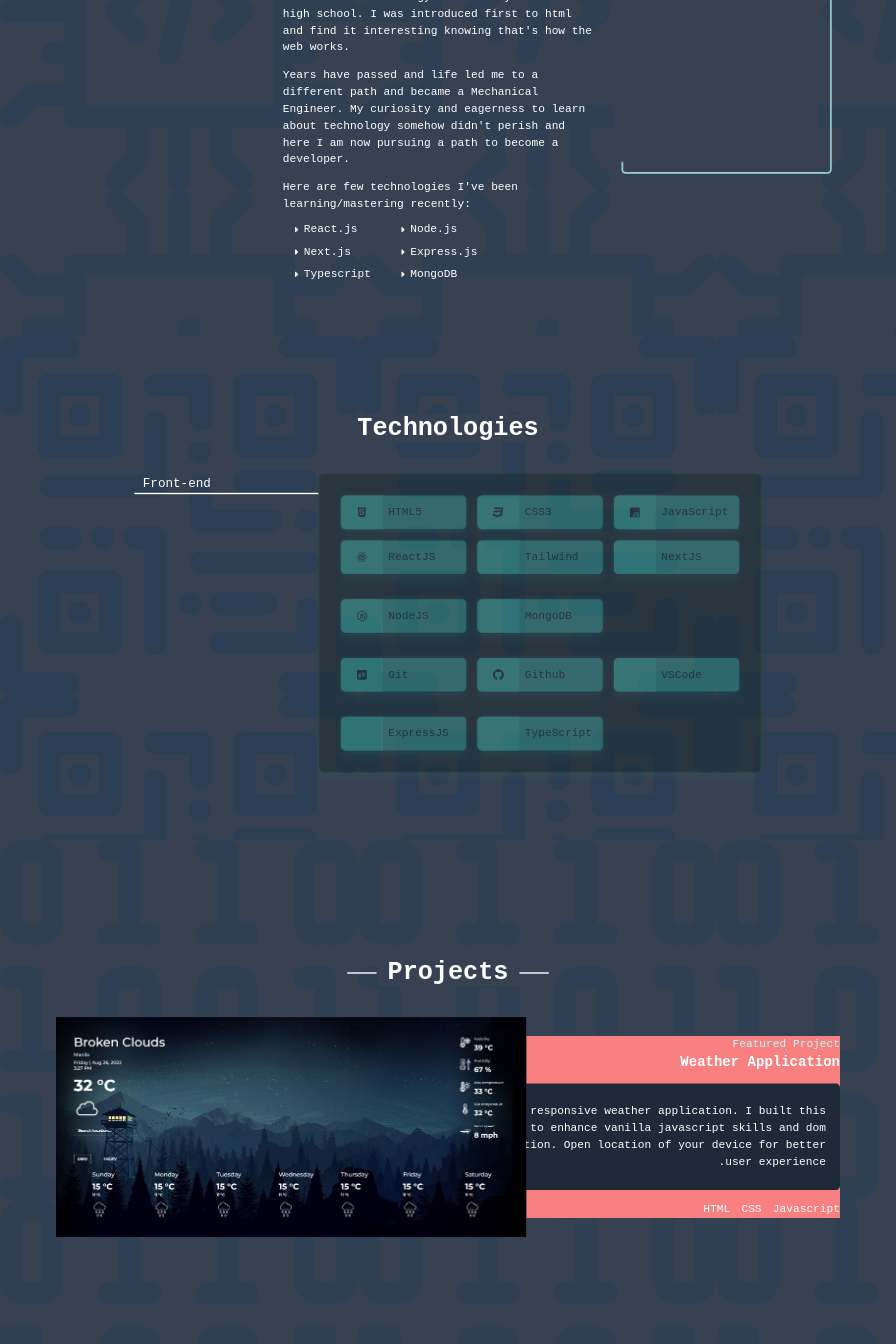
Repository: riandev25/nextjs-portfolio
Page: /
These files come from the project's save history. The page is drawn as it stood at one moment and after the next save; the edit follows.
The browser window is 1280 px wide. The pictures show the part of the page from y = 960 to 2880 px (the page is 2880 px tall), at 70% of full size.
Backgrounds fixed to the window are drawn as part of the page. The project was rebuilt for these pictures with package versions that can differ from the ones it lists, and the page was loaded fresh each time. The framework's server and built-in components were replaced by stand-ins that run in the browser. Also part of the build but not shown: next.config.js, components/Home/Keyboard/index.module.css, components/Home/Keyboard/index.jsx.

Above is the page before, as saved 2022-11-12 20:51:01.

### pages/_app.jsx
import Head from 'next/head';
import link from 'next/link';
import '../styles/globals.css';

import Layout from '../components/Layout';
import { ParallaxProvider } from 'react-scroll-parallax';

function MyApp({ Component, pageProps }) {
  return (
    <ParallaxProvider>
      <Head>
        <title>Rian Miguel Engracia</title>
        <meta name='viewport' content='initial-scale=1.0, width=device-width' />
        <link
          rel='apple-touch-icon'
          sizes='180x180'
          href='/apple-touch-icon.png'
        />
        <link
          rel='icon'
          type='image/png'
          sizes='32x32'
          href='/favicon-32x32.png'
        />
        <link
          rel='icon'
          type='image/png'
          sizes='16x16'
          href='/favicon-16x16.png'
        />
        <link rel='manifest' href='/site.webmanifest' />
        <link rel='mask-icon' href='/safari-pinned-tab.svg' color='#5bbad5' />
        <meta name='msapplication-TileColor' content='#2d89ef' />
        <meta name='theme-color' content='#ffffff' />
      </Head>
      <Layout>
        <Component {...pageProps} />
      </Layout>
    </ParallaxProvider>
  );
}

export default MyApp;

### pages/index.jsx
import Head from 'next/head';
import Image from 'next/image';
import Home from '../components/Home/Home';
import { Fragment } from 'react';
import Header from '../components/Header';
import About from '../components/About';
import Technologies from '../components/Technologies';
import Projects from '../components/Projects';

export default function Page() {
  return (
    <Fragment>
      <Header />
      <Home />
      <About />
      <Technologies />
      <Projects title='Projects' />
    </Fragment>
  );
}

### styles/globals.css
@tailwind base;
@tailwind components;
@tailwind utilities;

html,
body {
  padding: 0;
  margin: 0;
  /* font-family: 'Roboto', sans-serif; */
  font-family: monospace, sans-serif;
}

a {
  color: inherit;
  text-decoration: none;
}

* {
  box-sizing: border-box;
}

.image-filter {
  /* filter: invert(93%) sepia(19%) saturate(586%) hue-rotate(121deg)
    brightness(102%) contrast(97%); */
  filter: invert(93%) sepia(69%) saturate(347%) hue-rotate(120deg)
    brightness(104%) contrast(97%);
  opacity: 0.3;
  transition: filter 0.3s, opacity 0.3s;
}

.image-filter:hover {
  filter: none;
  opacity: 1;
}

@media (prefers-color-scheme: dark) {
  html {
    color-scheme: dark;
  }
  body {
    color: white;
    background: black;
  }
}

### components/Layout/index.jsx
import Header from '../Header';
import Email from '../Header/Email';

const Layout = ({ children }) => {
  return (
    <div className='relative w-full h-full bg-gray-700' dir='ltr'>
      <Header />
      <Email />
      {children}
    </div>
  );
};

export default Layout;

### components/Home/Home.jsx
import Link from 'next/link';
import Image from 'next/future/image';
import { useParallax } from 'react-scroll-parallax';
import styles from './index.module.css';
import DevImage from '../../assets/images/dev-image.svg';
import GithubImage from '../../assets/images/github-neon-fill.png';
import LinkedinImage from '../../assets/images/linkedin-neon-fill.png';
import FacebookImage from '../../assets/images/facebook-neon-fill.png';
import Keyboard from './Keyboard';
import { useState } from 'react';

export const images = [
  {
    id: 'github',
    imgSrc: GithubImage,
    link: 'https://github.com/riandev25',
  },
  {
    id: 'linkedin',
    imgSrc: LinkedinImage,
    link: 'https://www.linkedin.com/in/rian-miguel-engracia/',
  },
  {
    id: 'facebook',
    imgSrc: FacebookImage,
    link: 'https://web.facebook.com/rianmiguel.engracia',
  },
  {
    id: 'email',
    email: 'rianengracia@gmail.com',
  },
];

const nameArray = ['I', '&apos;', 'm', ' ', 'R', 'i', 'a', 'n'];
const jobArray = [
  'f',
  'u',
  'l',
  'l',
  ' ',
  's',
  't',
  'a',
  'c',
  'k',
  ' ',
  'd',
  'e',
  'v',
  'e',
  'l',
  'o',
  'p',
  'e',
  'r',
];

const Home = () => {
  const { ref } = useParallax({
    translateY: [-100, 30, 'easeInOut'],
  });
  const [keyboard, setKeyboard] = useState(true);
  return (
    <header className='flex justify-center items-center w-full h-screen px-20 bg-fixed bg-repeat bg-bg_gear_image'>
      <section ref={ref} className='w-4/12 space-y-4'>
        <div className='flex flex-col gap-2.5 place-items-start'>
          <h1 className={`text-xl font-thin text-white ${styles.typingLet}`}>
            Hi there!
          </h1>
          <h1 className='text-6xl font-bold animate-neon_text'>
            I&apos;m Rian Miguel
          </h1>
          <h1 className='text-xl text-white font-bold'>
            <span className='text-xl font-thin'>a</span> Full Stack Developer
          </h1>
        </div>
        <ul className='flex flex-row gap-4'>
          {images.map((item) => {
            if (item.id === 'email') return;
            return (
              <li
                className='block p-3 bg-gray-800 border rounded-lg border-[#b2fcfb] transition-all hover:scale-110'
                key={item.id}
              >
                <Link href={item.link} legacyBehavior>
                  <a className=''>
                    <Image
                      className=''
                      src={item.imgSrc}
                      alt={item.id}
                      width={20}
                      height={20}
                      sizes='5vw'
                    />
                  </a>
                </Link>
              </li>
            );
          })}
        </ul>
      </section>
      <section className='hidden lg:flex max-w-2xl h-full justify-center items-center'>
        <Image
          src={DevImage}
          alt='dev-image'
          width={500}
          height={500}
          sizes='(max-width: 768px) 50vw'
        />
        {/* <Keyboard /> */}
      </section>
    </header>
  );
};

export default Home;

### components/Header/index.jsx
import Logo from '../Logo';
import Navbar from './Navbar';
import { FontAwesomeIcon } from '@fortawesome/react-fontawesome';
import { faBars } from '@fortawesome/free-solid-svg-icons';

const Header = () => {
  return (
    <nav className='px-8 py-1 bg-gray-700 dark:bg-gray-900 fixed w-full z-50 top-0 left-0 border-b shadow-sm border-gray-700 md:px-20 md:py-3 dark:border-gray-600'>
      <div className='flex flex-row justify-between items-center w-full'>
        <section className=''>
          <Logo />
        </section>

        <div className='flex md:order-2'>
          <button
            type='button'
            className='hidden lg:flex bg-transparent text-[#b2fcfb] border border-[#b2fcfb] hover:bg-[#b2fcfb] hover:opacity-40 transition-all font-medium rounded-lg text-sm px-5 py-2.5 text-center mr-3 md:mr-0 dark:bg-blue-600 dark:hover:bg-blue-700 dark:focus:ring-blue-800'
          >
            Get started
          </button>
          <button
            data-collapse-toggle='navbar-sticky'
            type='button'
            className='cursor-pointer inline-flex items-center p-2 text-sm bg-white rounded-lg md:hidden hover:bg-gray-400 focus:outline-none focus:ring-2 focus:ring-gray-200 dark:text-gray-400 dark:hover:bg-gray-700 dark:focus:ring-gray-600'
            aria-controls='navbar-sticky'
            aria-expanded='false'
          >
            <span className='sr-only'>Open main menu</span>
            <FontAwesomeIcon icon={faBars} className='text-gray-800' />
          </button>
        </div>
        <Navbar />
      </div>
    </nav>
  );
};

export default Header;

### components/About/index.jsx
import Image from 'next/future/image';
import PageHeader from '../PageHeader';
import { FontAwesomeIcon } from '@fortawesome/react-fontawesome';
import { faCaretRight } from '@fortawesome/free-solid-svg-icons';
import ProgrammerImage from '../../assets/images/programmer.jpg';
import { useParallax } from 'react-scroll-parallax';

const technologies = [
  'React.js',
  'Node.js',
  'Next.js',
  'Express.js',
  'Typescript',
  'MongoDB',
];

const About = () => {
  return (
    <div className='pt-4 w-full h-screen flex flex-col gap-11 justify-center items-center text-white px-20 bg-bg_chip_image bg-fixed'>
      <PageHeader title='About me' />
      <div className='max-w-3xl flex flex-row gap-6'>
        <section className='max-w-md flex flex-col gap-4'>
          <p>
            Hi! I am Rian Miguel Engracia, a Registered Mechanical Engineer in
            the Philippines. My interest in technology started way back in high
            school. I was introduced first to html and find it interesting
            knowing that&apos;s how the web works.
          </p>
          <p>
            Years have passed and life led me to a different path and became a
            Mechanical Engineer. My curiosity and eagerness to learn about
            technology somehow didn&apos;t perish and here I am now pursuing a
            path to become a{' '}
            <span className='text-[neon-green] no-underline decoration-[neon-green] underline-offset-4 decoration-2 hover:underline'>
              developer
            </span>
            .
          </p>
          <div className='flex flex-col gap-3'>
            <p>
              Here are few technologies I&apos;ve been learning/mastering
              recently:
            </p>
            <ul className='grid grid-cols-3 gap-2'>
              {technologies.map((item, i) => {
                return (
                  <li
                    key={item}
                    className={`${(i + 1) % 2 === 0 ? 'col-span-2' : ''}
                    } flex justify-start items-center gap-2 pl-4`}
                  >
                    <FontAwesomeIcon icon={faCaretRight} className='w-1.5' />
                    <span className=''>{item}</span>
                  </li>
                );
              })}
            </ul>
          </div>
        </section>
        <section className='relative'>
          <div className='absolute z-20 w-[295px] h-[295px] bg-gray-700'></div>
          <Image
            className='relative z-30 rounded-md image-filter bg-[#b2fcfb] border-2 peer'
            src={ProgrammerImage}
            alt='developer'
            width={300}
            height={300}
            priority='false'
            sizes='(max-width: 768px) 100vw, 50vw'
          />
          <div className='absolute top-0 left-0 w-[300px] h-[300px] bg-transparent border-2 border-[#b2fcfb] transition-duration-300 delay-300 ease-in-out translate-x-3 translate-y-3 z-10 rounded-md peer-hover:translate-x-2 peer-hover:translate-y-2 '></div>
        </section>
      </div>
    </div>
  );
};

export default About;

### components/Projects/index.jsx
import Link from 'next/link';
import Image from 'next/future/image';
import PageHeader from '../PageHeader';
import WeatherImage from '../../assets/images/weather-app.png';
import { FontAwesomeIcon } from '@fortawesome/react-fontawesome';
import { faGithubAlt } from '@fortawesome/free-brands-svg-icons';
import { faSquareArrowUpRight } from '@fortawesome/free-solid-svg-icons';
import Links from './Links';

const TECH_WEATHER = ['HTML', 'CSS', 'Javascript'];
const WEATHER = [
  {
    id: 1,
    icon: faGithubAlt,
    link: 'https://riandev25.github.io/js-weather-app/dist/',
  },
  {
    id: 2,
    icon: faSquareArrowUpRight,
    link: 'https://riandev25.github.io/js-weather-app/dist/',
  },
];

const Projects = () => {
  return (
    <div className='pt-4 flex flex-col w-full h-screen gap-11 justify-center items-center text-white px-20 bg-bg_binary_image bg-fixed'>
      <PageHeader title='Projects' />
      <div className='flex flex-row justify-center items-center'>
        <section className='relative flex-1 flex'>
          <Image
            src={WeatherImage}
            alt='weather-app'
            fill
            className='object-cover w-7/12'
          />
        </section>
        <section
          className='w-[28rem] overflow-visible bg-red-400 space-y-4'
          dir='rtl'
        >
          <div className='flex flex-col justify-end items-end' dir='ltr'>
            <h2 className='text-neon text-right'>Featured Project</h2>
            <h1 className='text-xl font-bold text-right'>
              Weather Application
            </h1>
          </div>
          <div className='w-[35rem] bg-gray-800 p-7 pr-5 rounded-md'>
            <p className='text-right'>
              A fully responsive weather application. I built this project to
              enhance vanilla javascript skills and dom manipulation. Open
              location of your device for better user experience.
            </p>
          </div>
          <ul
            className='flex flex-row justify-end items-center gap-4'
            dir='ltr'
          >
            {TECH_WEATHER.map((item) => {
              return <li key={item}>{item}</li>;
            })}
          </ul>
          <Links array={WEATHER} />
        </section>
      </div>
    </div>
  );
};

export default Projects;

### components/Header/Email.jsx
import Link from 'next/link';
import Image from 'next/image';
import { images } from '../Home/Home';

const Email = () => {
  return (
    <aside className='fixed bottom-64 right-0'>
      <div className='flex justify-center items-center relative rotate-90'>
        <Link href='' legacyBehavior>
          <a className='z-50 transition-all text-[#b2fcfb] bg-gray-700 px-2 hover:text-[#68fffc] hover:scale-110'>
            rianengracia@gmail.com
          </a>
        </Link>
        <div className='w-96 bg-[#b2fcfb] absolute top-1/2 left-0 h-px'></div>
      </div>
    </aside>
  );
};

export default Email;

### components/Home/index.module.css
.typingLet {
  width: 134px;
  animation: typing 2s steps(12), blink 0.5s step-end infinite alternate;
  white-space: nowrap;
  overflow: hidden;
  border-right: 3px solid;
  font-family: monospace;
  font-size: 2em;
}

@keyframes typing {
  from {
    width: 0;
  }
}

@keyframes blink {
  50% {
    border-color: transparent;
  }
}

### components/Logo/index.jsx
import Image from 'next/future/image';
import LogoImage from '../../assets/images/logo.svg';
import LogoDark from '../../assets/images/logo-dark.svg';
import LogoLight from '../../assets/images/logo-light.svg';
import {
  faAngleLeft,
  faGear,
  faforward,
} from '@fortawesome/free-solid-svg-icons';
import { FontAwesomeIcon } from '@fortawesome/react-fontawesome';

const Logo = () => {
  return (
    <div className='flex items-center relative'>
      <Image
        src={LogoImage}
        alt='logo'
        width={185}
        height={55}
        className='hidden md:flex'
        sizes='(max-width: 768px) 15vw'
      />
      {/* <Image
        src={LogoLight}
        alt='logo-light'
        width={50}
        height={50}
        className='flex md:hidden'
        sizes='(max-width: 768px) 15vw'
      /> */}
    </div>
  );
};

export default Logo;

### components/Header/Navbar.jsx
import Link from 'next/link';

const Navbar = () => {
  const data = [
    {
      id: 'Home',
    },
    {
      id: 'About',
    },
    {
      id: 'Technologies',
    },
    {
      id: 'Projects',
    },
  ];
  return (
    <div
      className='hidden absolute top-0 right-0 justify-between items-center w-full md:flex md:relative md:w-auto md:order-1'
      id='navbar-sticky'
    >
      <ul className='flex flex-col justify-center items-center flex-auto rounded-lg md:justify-between md:flex-row md:space-x-12 md:p-2 md:mt-0 md:text-sm md:font-medium md:border-0 dark:bg-gray-800 md:dark:bg-gray-900 dark:border-gray-700'>
        {data.map((item) => {
          return (
            <li key={item.id} className='relative group'>
              <Link href={item.id}>
                <a
                  className='block py-2 px-1 text-base font-extralight text-white dark:text-white'
                  // aria-current='page'
                >
                  {item.id}
                </a>
              </Link>

              <span className='z-50 absolute bottom-1.5 w-0 h-[1px] bg-white transition-all md:group-hover:w-full'></span>
            </li>
          );
        })}
      </ul>
    </div>
  );
};

export default Navbar;

### components/PageHeader/index.jsx
const PageHeader = ({ title }) => {
  return (
    <div className='relative overflow-visible flex justify-center items-center'>
      <h1 className='relative z-10 w-full text-4xl font-bold flex flex-start bg-gray-700 px-4 animate-neon_text'>
        {title}
      </h1>
      <span className='absolute top-1/2 w-72 h-0.5 bg-white animated-neon_bg'></span>
    </div>
  );
};

export default PageHeader;

### components/Projects/Links.jsx
import Link from 'next/link';
import { FontAwesomeIcon } from '@fortawesome/react-fontawesome';

const Links = ({ array }) => {
  array.map((item) => {
    return (
      <ul key={item.id} className='flex flex-row'>
        <li>
          <Link href={item.link} passHref>
            <a>
              <FontAwesomeIcon icon={item.icon} className='text-white w-3' />
            </a>
          </Link>
        </li>
      </ul>
    );
  });
};

export default Links;

// 'https://riandev25.github.io/js-weather-app/dist/'

Loaded but not shown: tailwind.config.js (60 lines, source omitted); pages/_document.js (24 lines, source omitted); components/Technologies/index.jsx (206 lines, source omitted)

After the next save:
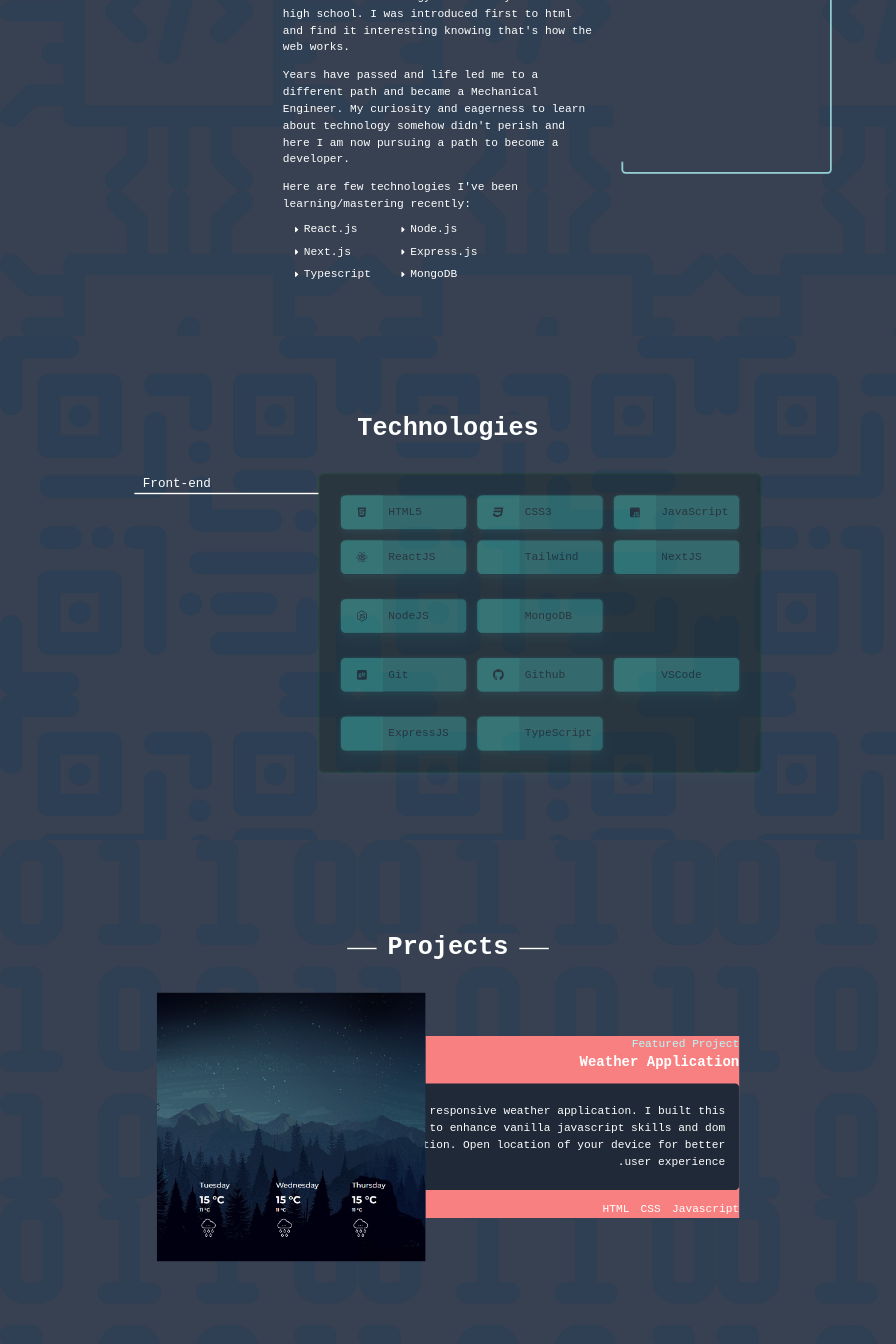
Saved 24 s later.
--- a/components/Projects/index.jsx
+++ b/components/Projects/index.jsx
@@ -26,7 +26,7 @@
     <div className='pt-4 flex flex-col w-full h-screen gap-11 justify-center items-center text-white px-20 bg-bg_binary_image bg-fixed'>
       <PageHeader title='Projects' />
       <div className='flex flex-row justify-center items-center'>
-        <section className='relative flex-1 flex'>
+        <section className='relative w-96 h-96 flex-1 flex'>
           <Image
             src={WeatherImage}
             alt='weather-app'

After the save that followed:
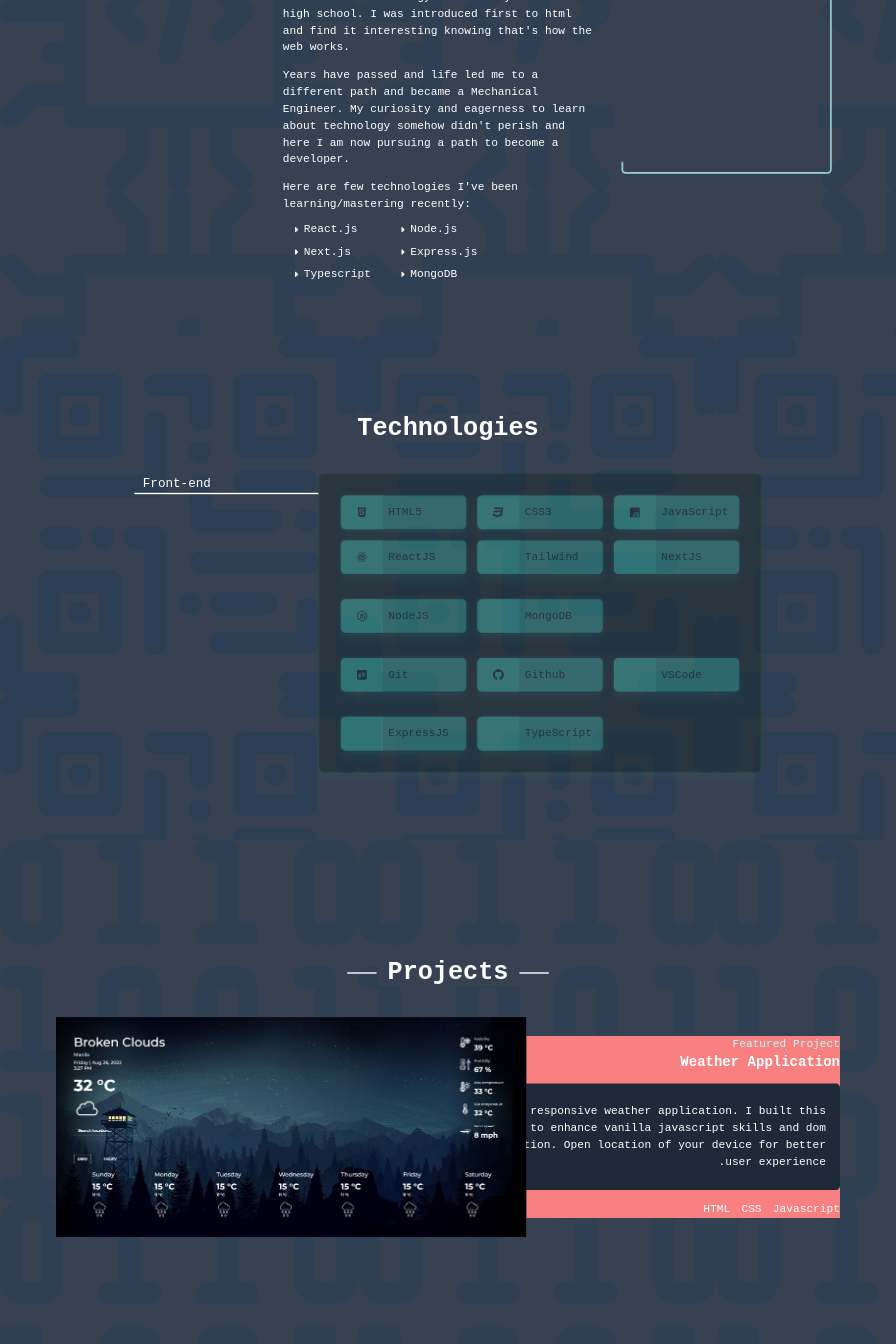
Saved 60 s later.
--- a/components/Projects/index.jsx
+++ b/components/Projects/index.jsx
@@ -26,7 +26,7 @@
     <div className='pt-4 flex flex-col w-full h-screen gap-11 justify-center items-center text-white px-20 bg-bg_binary_image bg-fixed'>
       <PageHeader title='Projects' />
       <div className='flex flex-row justify-center items-center'>
-        <section className='relative w-96 h-96 flex-1 flex'>
+        <section className='relative w-3/5 flex-1 flex'>
           <Image
             src={WeatherImage}
             alt='weather-app'
